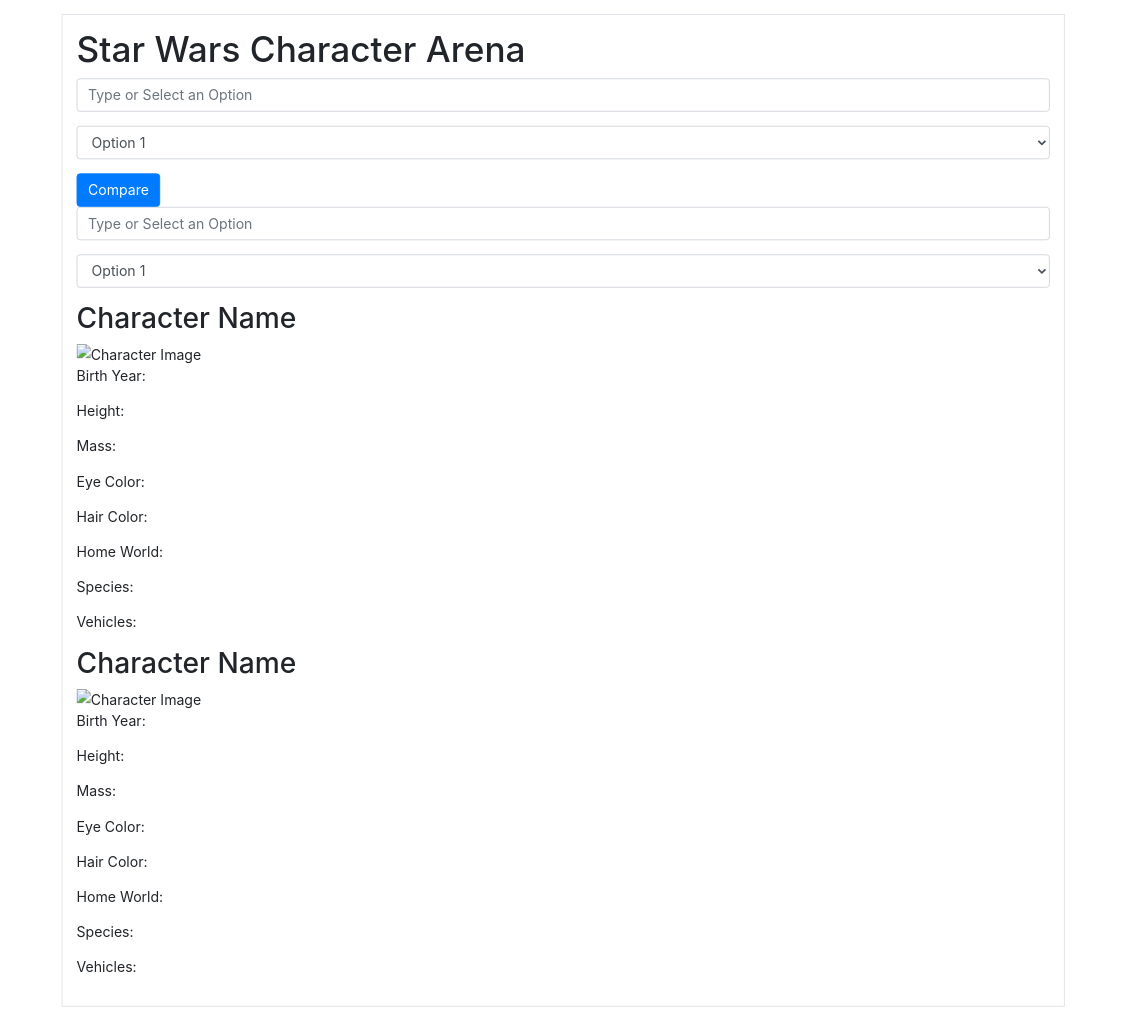
Repository: At-tricks/SW_Character_Arena
Page: client/index.html
The author's editor kept a copy of each file at every save. The page is drawn from the files as they stood at one save, then again after the next save.
The browser window is 1280 px wide. The pictures show the whole page, at 88% of full size.

Above is the page before, as saved 2023-10-27 02:24:49.

After the next save:
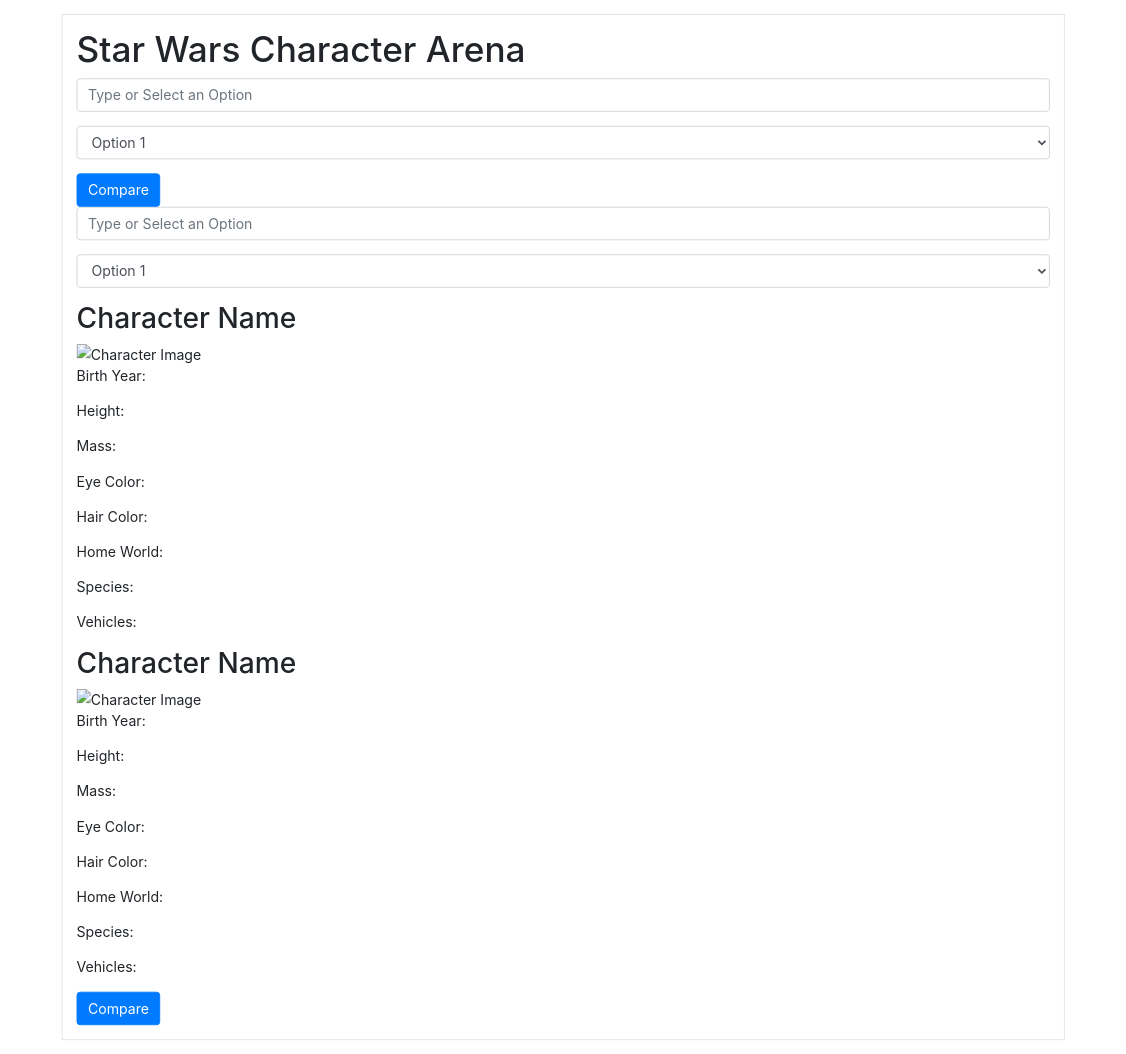
Saved 2 min 49 s later.
--- a/client/index.html
+++ b/client/index.html
@@ -69,7 +69,7 @@
             </div>
         </div>
         <div id="clear">
-
+            <button class="btn btn-primary">Compare</button>
         </div>
     </div>
 </body>
